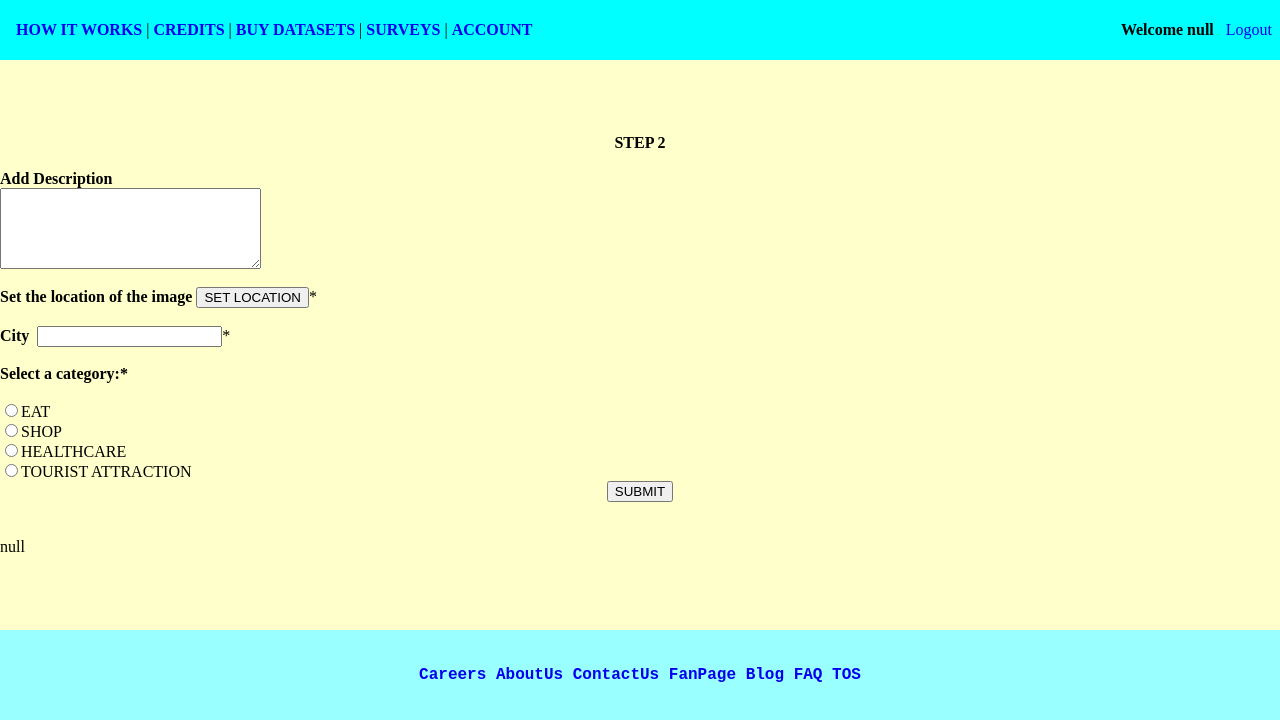
Repository: nicks707/LocoShack_TGMC-project
Page: http://localhost/ram/uploadphoto2.jsp
These files come from the project's save history. The page is drawn as it stood at one moment and after a run of saves; the edit follows.
The browser window is 1280 px wide. The pictures show the whole page.
The page is served by Tomcat 9. Other server files are loaded and not shown.

Above is the page before, as saved 2012-03-20 15:35:53.

### ram/WebContent/uploadphoto2.jsp
<%@ page language="java" import="java.sql.*" contentType="text/html; charset=ISO-8859-1"
    pageEncoding="ISO-8859-1"%>
    <%@page import="java.io.*"%>
<!DOCTYPE html PUBLIC "-//W3C//DTD HTML 4.01 Transitional//EN" "http://www.w3.org/TR/html4/loose.dtd">
<html>
<head>
<meta http-equiv="Content-Type" content="text/html; charset=ISO-8859-1">
<title>LocoShack-Response</title>
<style>
html, body,table
{
  height: 100%;
  width:100%;
}
</style>
<script type="text/javascript">

function check()
{
	 if((document.myform.des.value.length==0)||(document.myform.lat.value.length==0)||(document.myform.lon.value.length==0)||(document.myform.city.value.length==0)||(document.myform.cat.value.length==0)	)

{
alert("ALL * FIELDS ARE MANDATORY");
return false;
}

}

</script>
</head>
<body style="margin-top:0px;margin-left:0px;margin-right:0px">
<table  width="100%" cellpadding="0" cellspacing="0"   style="background-color:#FFFFCC">
<tr  height="60px"><td><jsp:include page="header2.jsp"></jsp:include></td></tr>
<tr><td>
<center><b>STEP 2</b></center><br/>
<form action="" onsubmit="return check()" name="myform">
<b>Add Description</b><br/>
<textarea rows="5" cols="30" name="des" id="des"></textarea><br/><br/>
<b>Set the location of the image</b>&nbsp;<input type="button" value="SET LOCATION" onclick="window.open('setloc2.jsp','setloc2')">*<br/><br/>
<input type="hidden" name="lat" id="lat" value="">
<input type="hidden" name="lon" id="lon" value="">
<b>City</b>&nbsp;&nbsp;<input type="text" name="city" id="city">*<br/><br/>
<b>Select a category:*</b><br/><br/>
<input type="radio" name="cat" value="eat">EAT<br/>
<input type="radio" name="cat" value="shop">SHOP<br/>
<input type="radio" name="cat" value="health">HEALTHCARE<br/>
<input type="radio" name="cat" value="tour">TOURIST ATTRACTION<br/>
<div align="center"><input type="submit" value="SUBMIT"></div><br/><br/>
</form>
<%
String s=(String)session.getAttribute("imgid");
out.println(s);
%>
</td></tr>
<tr height="50px"><td><jsp:include page="footer.jsp"></jsp:include></td></tr>
</table>
</body>
</html>

### ram/WebContent/header2.jsp
<%@ page language="java" contentType="text/html; charset=ISO-8859-1"
    pageEncoding="ISO-8859-1"%>
<!DOCTYPE html PUBLIC "-//W3C//DTD HTML 4.01 Transitional//EN" "http://www.w3.org/TR/html4/loose.dtd">
<html>
<head>
<meta http-equiv="Content-Type" content="text/html; charset=ISO-8859-1">
<title>Insert title here</title>
</head>
<body style="margin-left:0px;margin-right:0px;margin-top:0px;">
<table cellpadding="0px" cellspacing="0px" width="100%">

<tr bgcolor="#00FFFF" style="height:60px;">
<td>&nbsp;&nbsp;&nbsp;&nbsp;<a href="hit.jsp"><b>HOW IT WORKS</b></a> | <a href="credits.jsp"><b>CREDITS</b></a> | <a href="buydata.jsp"><b>BUY DATASETS</b></a> | <a href="surveys.jsp"><b>SURVEYS</b></a> |  <a href="accmain.jsp"><b>ACCOUNT</b></a> </td>

<td align="right">&nbsp;&nbsp;&nbsp;&nbsp;&nbsp;&nbsp;&nbsp;&nbsp;&nbsp;&nbsp;&nbsp;&nbsp;&nbsp;&nbsp;&nbsp;&nbsp;&nbsp;&nbsp;&nbsp;&nbsp;
&nbsp;&nbsp;&nbsp;&nbsp;&nbsp;&nbsp;&nbsp;&nbsp;&nbsp;&nbsp;&nbsp;&nbsp;&nbsp;&nbsp;&nbsp;&nbsp;&nbsp;&nbsp;&nbsp;&nbsp;&nbsp;&nbsp;&nbsp;&nbsp;&nbsp;&nbsp;&nbsp;&nbsp;&nbsp;&nbsp;&nbsp;&nbsp;&nbsp;&nbsp;&nbsp;&nbsp;&nbsp;&nbsp;&nbsp;&nbsp;&nbsp;&nbsp;&nbsp;&nbsp;&nbsp;&nbsp;&nbsp;&nbsp;&nbsp;&nbsp;&nbsp;&nbsp;&nbsp;&nbsp;&nbsp;&nbsp;&nbsp;&nbsp;&nbsp;&nbsp;
<!-- code for links like welcome user/guest and signout --><b>Welcome <%=session.getAttribute("id") %></b>&nbsp;&nbsp;&nbsp;<a href="logout.jsp">Logout</a>&nbsp;&nbsp;</td>
</tr>

</table>

</body>
</html>

### ram/WebContent/footer.jsp
<%@ page language="java" contentType="text/html; charset=ISO-8859-1"
    pageEncoding="ISO-8859-1"%>
<!DOCTYPE html PUBLIC "-//W3C//DTD HTML 4.01 Transitional//EN" "http://www.w3.org/TR/html4/loose.dtd">
<html>
<head>
<meta http-equiv="Content-Type" content="text/html; charset=ISO-8859-1">
<title>Insert title here</title>
</head>
<style>
a{text-decoration:none;}
</style>
<body style="margin-top:0px;margin-left:0px;margin-right:0px;">
<table width=100% border="0px" cellpadding="0px" cellspacing="0px">
<tr    bgcolor="#99FFFF" style="height:90px;">
<td  colspan="3" width="100%"  align="center"> <font color="#330099" face="Courier New, Courier, monospace"><b><a href="careers.jsp">Careers</a> <a href="abtus.jsp">AboutUs</a> <a href="contact.jsp">ContactUs</a> <a href="http://www.facebook.com">FanPage</a> <a href="blog.jsp">Blog</a> <a href="faq.jsp">FAQ</a> <a href="tos.jsp">TOS</a></b></font></td>
</tr>


</table>

</body>
</html>

After the next 2 saves:
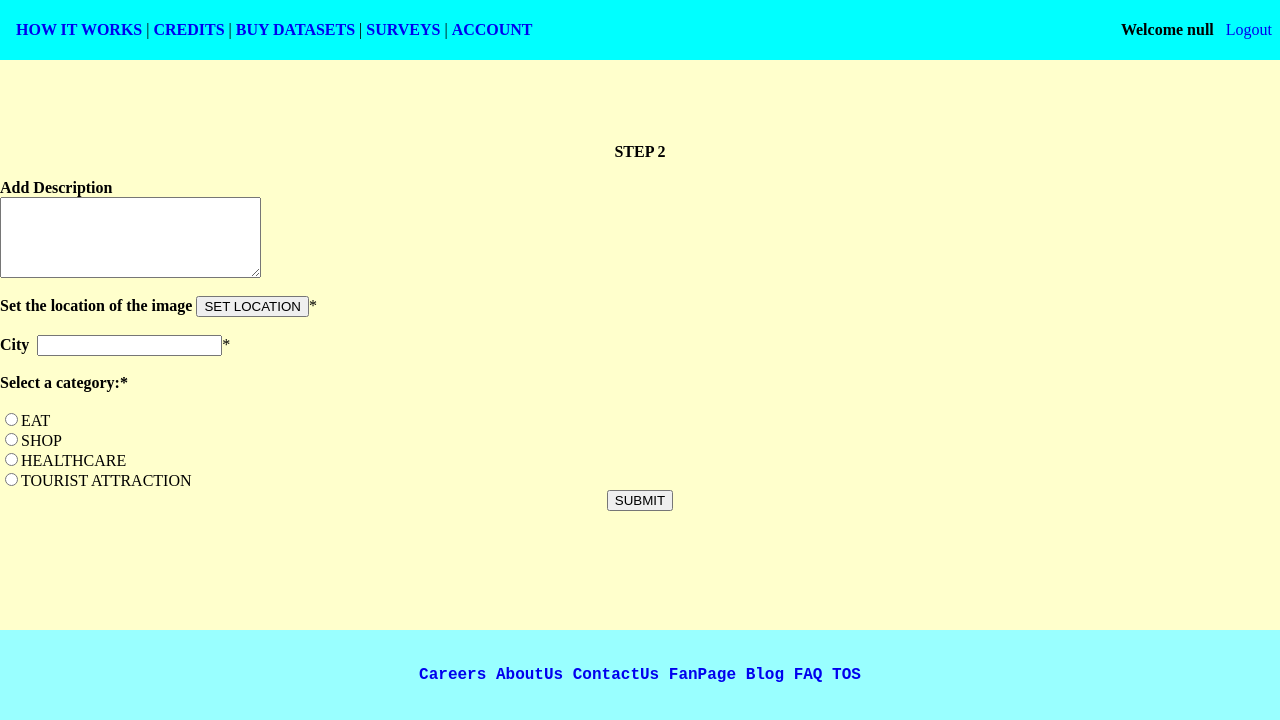
The 2 saves are shown as one change because 1 did not build or start.
The last was saved 2 min 9 s later.
--- a/ram/WebContent/uploadphoto2.jsp
+++ b/ram/WebContent/uploadphoto2.jsp
@@ -1,6 +1,6 @@
 <%@ page language="java" import="java.sql.*" contentType="text/html; charset=ISO-8859-1"
     pageEncoding="ISO-8859-1"%>
-    <%@page import="java.io.*"%>
+
 <!DOCTYPE html PUBLIC "-//W3C//DTD HTML 4.01 Transitional//EN" "http://www.w3.org/TR/html4/loose.dtd">
 <html>
 <head>
@@ -48,8 +48,9 @@ return false;
 <div align="center"><input type="submit" value="SUBMIT"></div><br/><br/>
 </form>
 <%
-String s=(String)session.getAttribute("imgid");
-out.println(s);
+String imgid=(String)session.getAttribute("imgid");
+String userid=(String)session.getAttribute("userid");
+
 %>
 </td></tr>
 <tr height="50px"><td><jsp:include page="footer.jsp"></jsp:include></td></tr>
